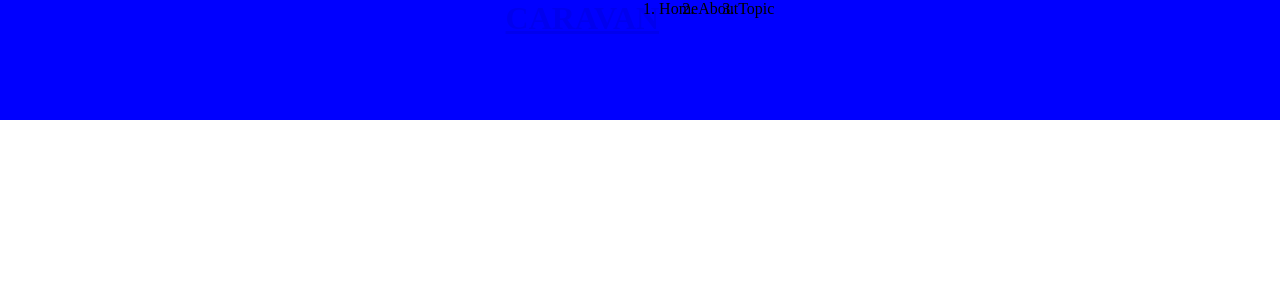
Repository: yukito7878/HTML-CSS-practice
Page: caravan/index5.html
The author's editor kept a record of every edit. The page is drawn from the files as they stood at one moment, then again after the next edit.
The browser window is 1280 px wide. The pictures show the whole page.

Above is the page before.

### caravan/index5.html
<html lang="ja">
  <head>
    <meta charset="UTF-8" />
    <!-- CSSファイルの読み込み -->
    <link rel="stylesheet" href="style5.css" />
    <title>CARAVAN</title>
  </head>

  <body>
    <!-- header用のdiv -->
    <div class="header">
      <h1><a href="#">CARAVAN</a></h1>
      <ol>
        <li>Home</li>
        <li>About</li>
        <li>Topic</li>
      </ol>
    </div>

    <!-- main-visual用のdiv -->
    <div class="main-visual"></div>

    <div class="main">
      <div class="blog"></div>
    </div>

    <div class="footer"></div>

  </body>
</html>

### caravan/style5.css

*{
  margin: 0;
  padding: 0;
  box-sizing: border-box;
}

.header{
  display: flex;
  justify-content: center;
  background-color: blue;
  height: 120px;
}

.header h1{
  font-size: 32px;
  height: 60px;
}

.header ol{
  display: flex;
  justify-content: center;
  height: 60px;
}

After the next edit:
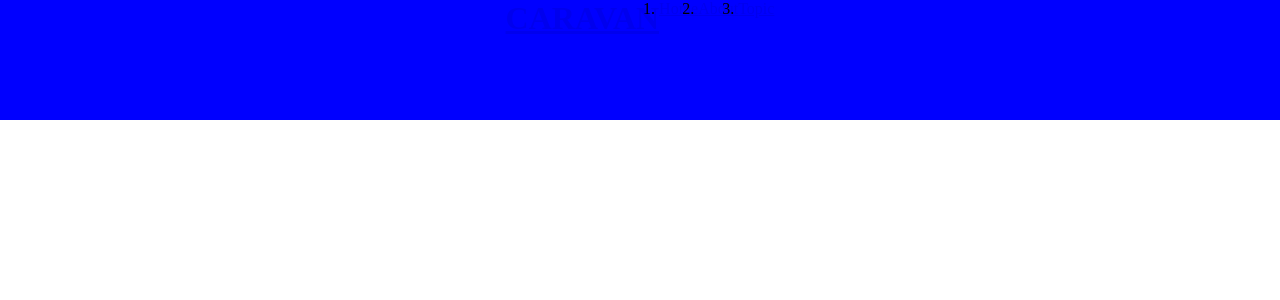
The edit:
--- a/caravan/index5.html
+++ b/caravan/index5.html
@@ -10,10 +10,10 @@
     <!-- header用のdiv -->
     <div class="header">
       <h1><a href="#">CARAVAN</a></h1>
-      <ol>
-        <li>Home</li>
-        <li>About</li>
-        <li>Topic</li>
+      <ol class="list">
+        <li><a href="#">Home</a></li>
+        <li><a href="#">About</a></li>
+        <li><a href="#">Topic</a></li>
       </ol>
     </div>
 
